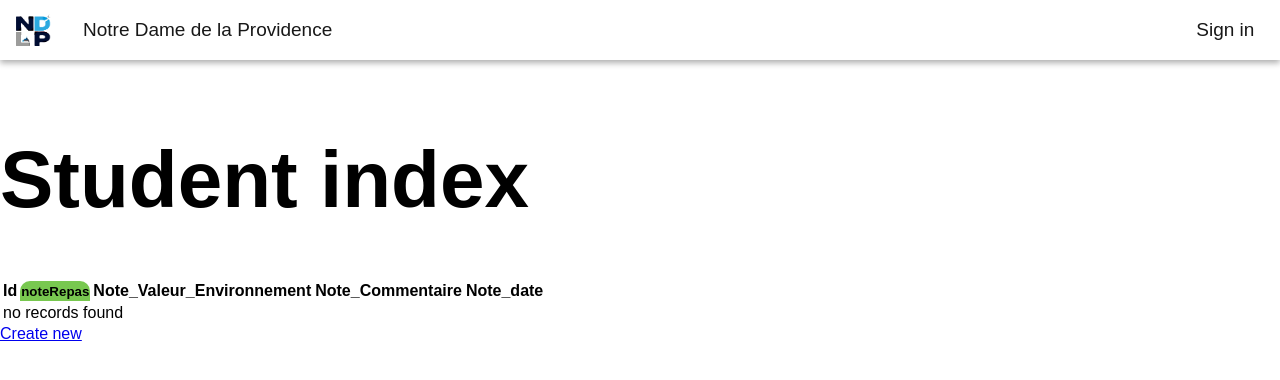
Repository: yaperson/self-feedback1
Page: templates/student/index.html.twig
These files come from the project's save history. The page is drawn as it stood at one moment and after the next save; the edit follows.
The browser window is 1280 px wide. The pictures show the whole page.
The page is a Twig template of a Symfony application; nobody is signed in and links lead nowhere. The template is opened directly, without the code that normally fills it, so the values that code supplies are empty.

Above is the page before, as saved 2021-12-09 16:48:31.

After the next save:
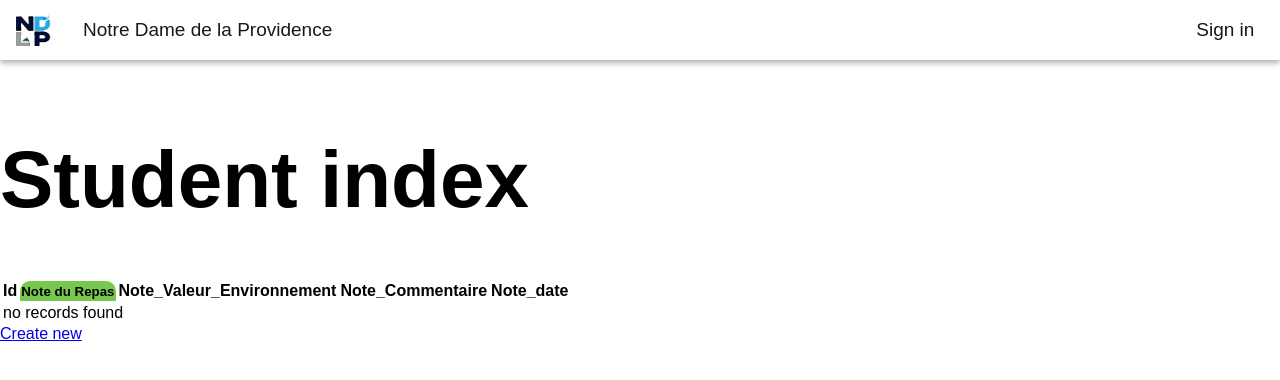
Saved 2 s later.
--- a/templates/student/index.html.twig
+++ b/templates/student/index.html.twig
@@ -9,7 +9,7 @@
         <thead>
             <tr>
                 <th>Id</th>
-                <th style="background-color:#78C850; border-top-left-radius: 10px; -moz-border-radius-topleft: 10px; -webkit-border-top-left-radius: 10px; -khtml-border-top-left-radius: 10px; -icab-border-top-left-radius: 10px; -o-border-top-left-radius: 10px; border-top-right-radius: 10px; -moz-border-radius-topright: 10px; -webkit-border-top-right-radius: 10px; -khtml-border-top-right-radius: 10px; -icab-border-top-right-radius: 10px; -o-border-top-right-radius: 10px;"><small>noteRepas</small>
+                <th style="background-color:#78C850; border-top-left-radius: 10px; -moz-border-radius-topleft: 10px; -webkit-border-top-left-radius: 10px; -khtml-border-top-left-radius: 10px; -icab-border-top-left-radius: 10px; -o-border-top-left-radius: 10px; border-top-right-radius: 10px; -moz-border-radius-topright: 10px; -webkit-border-top-right-radius: 10px; -khtml-border-top-right-radius: 10px; -icab-border-top-right-radius: 10px; -o-border-top-right-radius: 10px;"><small>Note du Repas</small>
                 </th><th>Note_Valeur_Environnement</th>
                 <th>Note_Commentaire</th>
                 <th>Note_date</th>
